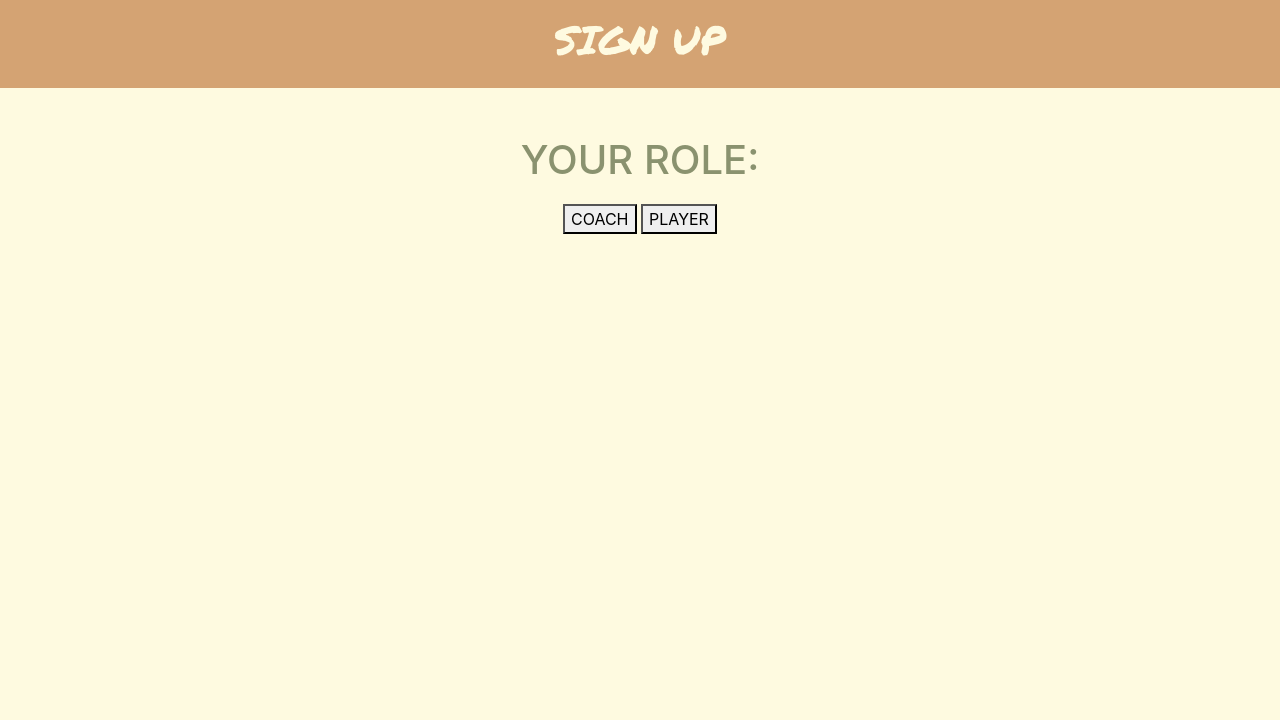
Repository: Aryaholmukhe/treasureHacks
Page: http://localhost/signup
The author's editor kept a copy of each file at every save. The page is drawn from the files as they stood at one save, then again after the next save.
The browser window is 1280 px wide. The pictures show the whole page.
The page is served by the project's Node server (server.js).

Above is the page before, as saved 2022-03-27 00:24:30.

### views/signup/signup.ejs
<html lang="en">
<head>
    <meta charset="UTF-8">
    <meta http-equiv="X-UA-Compatible" content="IE=edge">
    <meta name="viewport" content="width=device-width, initial-scale=1.0">
    <link rel="stylesheet" href="https://cdn.jsdelivr.net/npm/bootstrap@4.6.1/dist/css/bootstrap.min.css">
    <script src="https://cdn.jsdelivr.net/npm/jquery@3.6.0/dist/jquery.slim.min.js"></script>
    <script src="https://cdn.jsdelivr.net/npm/popper.js@1.16.1/dist/umd/popper.min.js"></script>
    <script src="https://cdn.jsdelivr.net/npm/bootstrap@4.6.1/dist/js/bootstrap.bundle.min.js"></script>
    <link rel="preconnect" href="https://fonts.googleapis.com">
    <link rel="preconnect" href="https://fonts.gstatic.com" crossorigin>
    <link href="https://fonts.googleapis.com/css2?family=Permanent+Marker&display=swap" rel="stylesheet">
    <title>SIGN UP</title>
</head>
<body style="background-color: #FEFAE0">
    <div class="pt-3 pb-3" style="background-color: #D4A373; font-family: 'Permanent Marker', cursive; color: #FEFAE0">
        <h1 class="text-center">SIGN UP</h1>
    </div>

    <h1 class="text-center mt-5" style="color: #8A926F">YOUR ROLE:</h1>

    <div class="text-center" style="margin-top: 20px">
    <a href="./coach" ><button name="coach">COACH</button></a>
    <a  href="./player"><button name="player">PLAYER</button></a>
    </div>

</body>
</html>

### server.js
//jshint esversion:6

const express = require("express");
const bodyParser = require("body-parser");
const mongoose = require("mongoose");
const _ = require("lodash");
const { join } = require("path");
require("dotenv").config();
const app = express();

// TWILIO STUFF

const accountSID = process.env.ACCOUNT_SID;
const authToken = process.env.AUTH_TOKEN;

const client = require('twilio')(accountSID, authToken);


app.set('view engine', 'ejs');

app.use(bodyParser.urlencoded({ extended: true }));
app.use(express.static("public"));

app.get("/auth_config.json", (req, res) => {
    res.sendFile(join(__dirname, "/auth_config.json"));
})

// for each team member
mongoose.connect("mongodb://localhost:27017/teamMembersDB", { useNewUrlParser: true });

const membersSchema = new mongoose.Schema({
    name: String,
    role: String,
    age: Number,
    email: String,
    phone: String,
    progress: []
});

let members = [];
let progressArr = []

const Member = mongoose.model("Member", membersSchema);

// to identify teams
const teamSchema = new mongoose.Schema({
    coachName: String,
    team: [{ name: String }, { sport: String }]
})

const progressSchema = new mongoose.Schema({
    progress: []
})
const Team = mongoose.model("Team", teamSchema);
const Progress = mongoose.model("Progress", progressSchema)
// When no members are present
const noMember = new Member({
    name: "No members yet"
})
const noProgress = new Progress({
    progress: ["No progress yet, add some"]
})


// get requests

app.get("/signup", (req, res) => {
    res.render("signup/signup")
})
let person = "";
app.get("/coach", (req, res) => {
    person = "Coach"
    res.render("signup/coach");
})

app.get("/player", (req, res) => {
    person = "Team Member"
    res.render("signup/player")
})

app.get("/", (req, res) => {
    Member.find({}, function (err, foundMembers) {

        if (foundMembers.length === 0) {
            members.push(noMember)
            Member.insertMany(members, function (err) {
                if (err) {
                    console.log(err);
                } else {
                    console.log("Successfully saved members to DB.");
                }
            });
            // res.redirect("/");
        } else {
            Member.deleteOne({ "name": "No members yet" }, (err, person) => {
                if (err) return handleError(err);
            })
            res.render('index', { allMembers: foundMembers, person: person })
        }
    });
})

app.get("/:personName", function (req, res) {
    const personName = _.capitalize(req.params.personName);

    Member.findById(personName, (err, per) => {
        if (!err) {
              console.log(per)
            res.render('account', { personInfo: per});
        } else {
            console.log(err)
        }
    })
});


// post requests


app.post("/", (req, res) => {

    const playerName = req.body.newPlayer;
    const role = req.body.newRole;
    const age = req.body.age;
    const phoneNumber = req.body.phoneNumber;
    const player = new Member({
        name: playerName,
        role: role,
        age: age,
        phone: phoneNumber
    })
    player.save();
    res.redirect("/")
})

app.post("/delete", function (req, res) {
    const checkedItemId = req.body.checkbox;

    Member.findByIdAndRemove(checkedItemId, function (err) {
        if (!err) {
            console.log("Successfully deleted checked item.");
            res.redirect("/");
        } else {
            console.log(err)
        }
    });


});

app.post("/coach", (req, res) => {
    const coachName = req.body.coachName;
    const teamName = req.body.teamName;
    const sportType = req.body.sportType;
    teams = new Team({
        coachName: coachName,
        team: [{ name: teamName, sport: sportType }]
    })
    res.redirect("/")
})

app.post("/player", (req, res)=>{
    const playerName = req.body.newPlayer;
    const role = req.body.newRole;
    const age = req.body.age;
    const phoneNumber = req.body.phoneNumber;
    const player = new Member({
        name: playerName,
        role: role,
        age: age,
        phone: phoneNumber
    })
    player.save();
    res.redirect("/")
})

app.post("/announcements", (req, res) => {
    const message = req.body.message;
    members.forEach(member => {
        if (member.phone) {
            client.message.create({
                to: member.phone,
                from: process.env.TWILIO_PHONE_NUMBER, //is this going to be dynamic?
                body: message
            }).then((message) => {
                console.log(message.sid)
            });
            res.redirect("/")
        } else {
            res.redirect("/")
        }
    })

})


app.listen(3000, function () {
    console.log("Server started on port 3000");
});

After the next save:
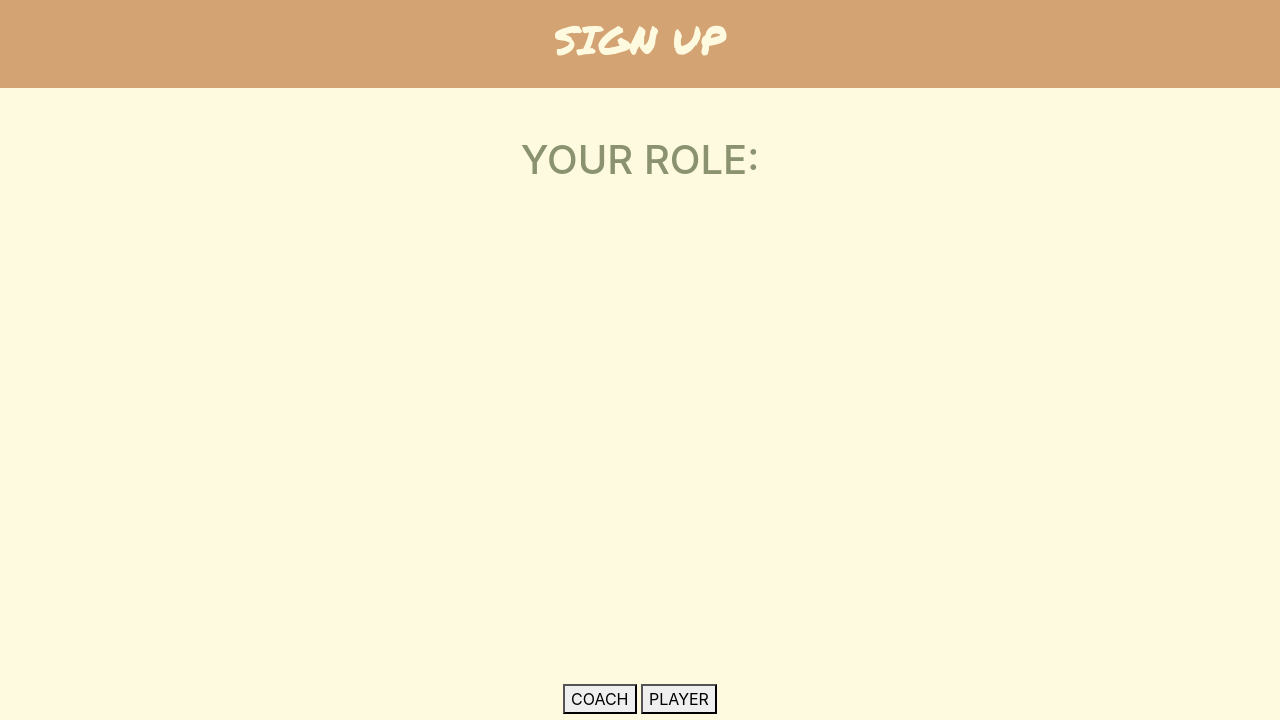
Saved 13 s later.
--- a/views/signup/signup.ejs
+++ b/views/signup/signup.ejs
@@ -19,7 +19,7 @@
 
     <h1 class="text-center mt-5" style="color: #8A926F">YOUR ROLE:</h1>
 
-    <div class="text-center" style="margin-top: 20px">
+    <div class="text-center" style="margin-top: 500px">
     <a href="./coach" ><button name="coach">COACH</button></a>
     <a  href="./player"><button name="player">PLAYER</button></a>
     </div>
